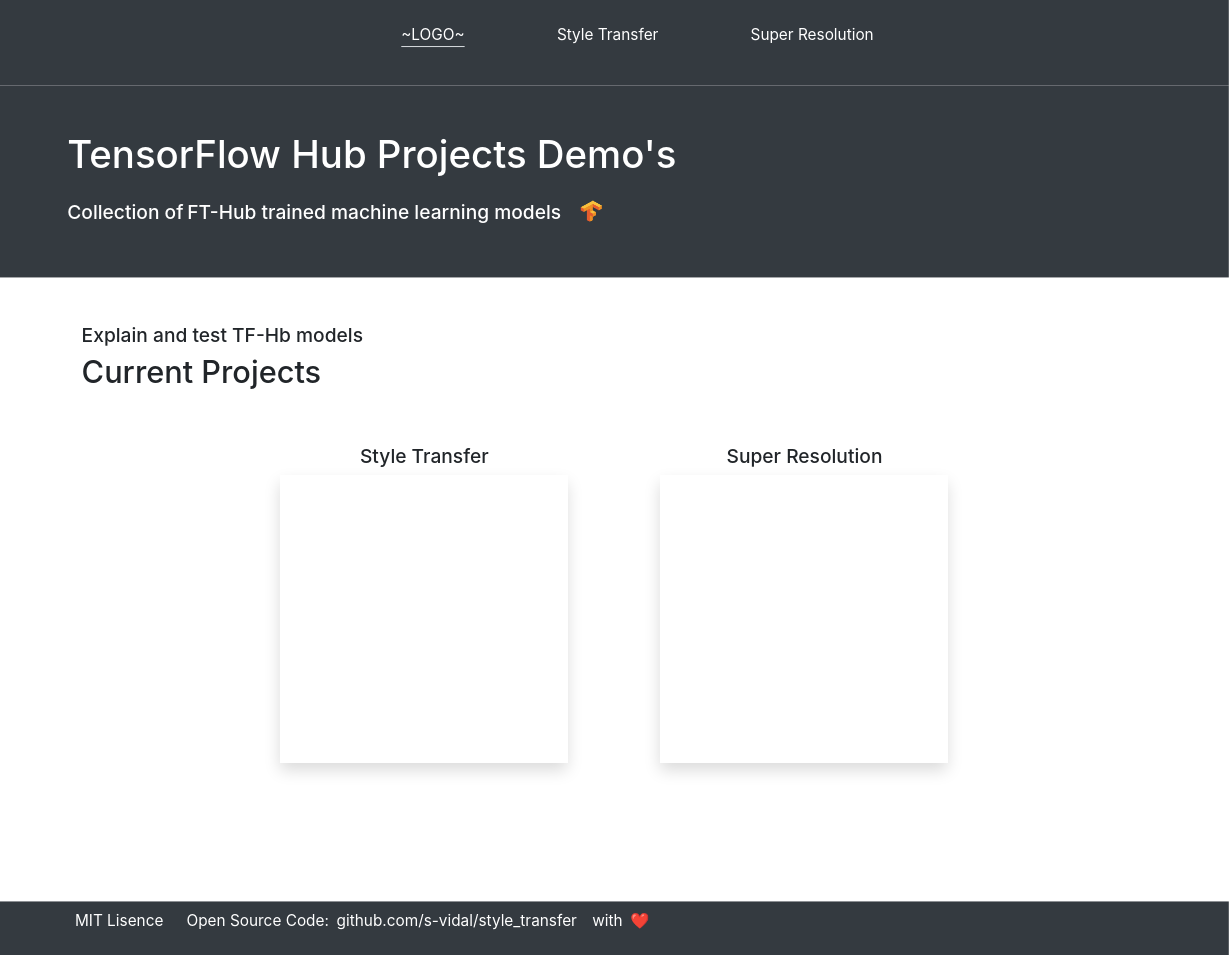
Repository: s-vidal/style_transfer
Page: / (app in client/)
The author's editor kept a copy of each file at every save. The page is drawn from the files as they stood at one save, then again after the next save.
The browser window is 1280 px wide. The pictures show the whole page, at 96% of full size.
The page's requests for data from a server got no answer. The project was rebuilt for these pictures with package versions that can differ from the ones it lists, and the page was loaded fresh each time. A package was used in the major version that the imports need, not the one package.json lists. No one was signed in, and anything a server would have sent is missing. Also part of the build but not shown: client/src/components/DropZone.jsx, client/src/lib/api.js, client/src/components/Inference.jsx, client/src/components/Header.jsx, client/src/pages/StyleTransfer.jsx, client/src/pages/SuperResolution.jsx.

Above is the page before, as saved 2020-09-30 15:01:40.

### client/public/index.html
<!DOCTYPE html>
<html lang="en">
  <head>
    <meta charset="utf-8" />
    <link rel="icon" href="%PUBLIC_URL%/favicon.ico" />
    <meta name="viewport" content="width=device-width, initial-scale=1" />
    <meta name="theme-color" content="#000000" />
    <meta
      name="description"
      content="Web site created using create-react-app"
    />
    <link rel="apple-touch-icon" href="%PUBLIC_URL%/logo192.png" />
    <!--
      manifest.json provides metadata used when your web app is installed on a
      user's mobile device or desktop. See https://developers.google.com/web/fundamentals/web-app-manifest/
    -->
    <link rel="manifest" href="%PUBLIC_URL%/manifest.json" />
    <!--
      Notice the use of %PUBLIC_URL% in the tags above.
      It will be replaced with the URL of the `public` folder during the build.
      Only files inside the `public` folder can be referenced from the HTML.

      Unlike "/favicon.ico" or "favicon.ico", "%PUBLIC_URL%/favicon.ico" will
      work correctly both with client-side routing and a non-root public URL.
      Learn how to configure a non-root public URL by running `npm run build`.
    -->
    <!-- CSS only -->
    <link
      rel="stylesheet"
      href="https://stackpath.bootstrapcdn.com/bootstrap/4.5.2/css/bootstrap.min.css"
      integrity="sha384-JcKb8q3iqJ61gNV9KGb8thSsNjpSL0n8PARn9HuZOnIxN0hoP+VmmDGMN5t9UJ0Z"
      crossorigin="anonymous"
    />
    <title>React App</title>
  </head>
  <body>
    <noscript>You need to enable JavaScript to run this app.</noscript>
    <div id="root"></div>
    <!--
      This HTML file is a template.
      If you open it directly in the browser, you will see an empty page.

      You can add webfonts, meta tags, or analytics to this file.
      The build step will place the bundled scripts into the <body> tag.

      To begin the development, run `npm start` or `yarn start`.
      To create a production bundle, use `npm run build` or `yarn build`.
    -->
    <!-- JS, Popper.js, and jQuery -->
    <script
      src="https://code.jquery.com/jquery-3.5.1.slim.min.js"
      integrity="sha384-DfXdz2htPH0lsSSs5nCTpuj/zy4C+OGpamoFVy38MVBnE+IbbVYUew+OrCXaRkfj"
      crossorigin="anonymous"
    ></script>
    <script
      src="https://cdn.jsdelivr.net/npm/popper.js@1.16.1/dist/umd/popper.min.js"
      integrity="sha384-9/reFTGAW83EW2RDu2S0VKaIzap3H66lZH81PoYlFhbGU+6BZp6G7niu735Sk7lN"
      crossorigin="anonymous"
    ></script>
    <script
      src="https://stackpath.bootstrapcdn.com/bootstrap/4.5.2/js/bootstrap.min.js"
      integrity="sha384-B4gt1jrGC7Jh4AgTPSdUtOBvfO8shuf57BaghqFfPlYxofvL8/KUEfYiJOMMV+rV"
      crossorigin="anonymous"
    ></script>
  </body>
</html>

### client/src/App.js
import React from "react";
import {BrowserRouter as Router, Switch, Route} from "react-router-dom";
import "./App.css";
import StyleTransfer from "./pages/StyleTransfer";
import SuperResolution from "./pages/SuperResolution";
import Footer from "./components/Footer";
import NavBar from "./components/NavBar";
import HomePage from "./pages/HomePage";

function App() {
  return (
    <div>
      <Router>
        <NavBar />
        <Switch>
          <Route path="/super-resolution">
            <SuperResolution />
          </Route>
          <Route path="/style-transfer">
            <StyleTransfer />
          </Route>
          <Route path="/">
            <HomePage />
          </Route>
        </Switch>
        <Footer />
      </Router>
    </div>
  );
}

export default App;

### client/src/App.css
.vh-59 {
  min-height: 58.6vh;
}

.italic {
  font-style: italic;
}

### client/src/components/Footer.jsx
import React from "react";

const Footer = () => {
  return (
    <div className="text-white bg-dark">
      <div className="container mt-5">
        <div className="row p-2 mt-4">
          <p className="mr-4">MIT Lisence</p>
          <p>Open Source Code:</p>
          <a
            className="ml-2 text-white"
            href="https://github.com/s-vidal/style_transfer"
          >
            <span>github.com/s-vidal/style_transfer</span>
          </a>
          <p className="ml-3 mr-1"> with </p>
          <span role="img" aria-label="emoji" className="ml-1">
            ❤️
          </span>
        </div>
      </div>
    </div>
  );
};

export default Footer;

### client/src/components/NavBar.jsx
import React, {useState, useEffect} from "react";
import {Link, useLocation} from "react-router-dom";
import "./NavBar.css";

const NavBar = () => {
  const [currentPage, setCurrentPage] = useState("");
  const location = useLocation();

  useEffect(() => {
    const currentPath = location.pathname;
    setCurrentPage(currentPath.substring(1));
  }, [location]);

  return (
    <nav className="navbar navbar-expand-lg d-flex justify-content-center bg-dark pt-3 pb-3">
      <ul className="navbar-nav">
        <li className="nav-item">
          <Link className="nav-link pl-5 pr-5" to={"/"}>
            <div className="ml-5 ">
              <p
                className={
                  currentPage === ""
                    ? "text-white nav-text active border-bottom"
                    : "text-white nav-text"
                }
              >
                ~LOGO~
              </p>
            </div>
          </Link>
        </li>
        <li className="nav-item">
          <Link
            className="nav-link pl-5 pr-5 text-white"
            to={"/style-transfer"}
          >
            <p
              className={
                currentPage === "style-transfer"
                  ? "text-white nav-text active border-bottom"
                  : "text-white nav-text"
              }
            >
              Style Transfer
            </p>
          </Link>
        </li>
        <li className="nav-item active">
          <Link
            className="nav-link pl-5 pr-5 text-white"
            to={"/super-resolution"}
          >
            <p
              className={
                currentPage === "super-resolution"
                  ? "text-white nav-text active border-bottom"
                  : "text-white nav-text"
              }
            >
              Super Resolution
            </p>
          </Link>
        </li>
      </ul>
    </nav>
  );
};

export default NavBar;

### client/src/pages/HomePage.jsx
import React from "react";
import "../components/HomePage.css";

const HomePage = () => {
  return (
    <>
      <div className="bg-dark text-white p-4 pt-5 pb-5">
        <div className="container">
          <div className="row">
            <h1>TensorFlow Hub Projects Demo's</h1>
          </div>
          <div className="row mt-3">
            <h5>Collection of</h5>
            <a
              href="https://tfhub.dev/google/magenta/arbitrary-image-stylization-v1-256/2"
              className="pl-1 pr-1 text-white"
            >
              <h5>FT-Hub trained machine learning models</h5>
            </a>
            <img
              className="ml-3"
              src={require("../img/tf_logo.png")}
              alt="tf"
              width="22"
              height="22"
            ></img>
          </div>
        </div>
      </div>
      <div className="vh-59 p-5 pb-0">
        <div className="container">
          <h5>Explain and test TF-Hb models</h5>
          <div>
            <h2 className="mt-2">Current Projects</h2>
          </div>
          <div className="row d-flex justify-content-center">
            <div className="m-5">
              <h5 className="text-center">Style Transfer</h5>
              <div className="home-item shadow"></div>
            </div>
            <div className="m-5">
              <h5 className="text-center"> Super Resolution</h5>
              <div className="home-item shadow"></div>
            </div>
          </div>
        </div>
      </div>
    </>
  );
};

export default HomePage;

### client/src/components/NavBar.css
.nav-text:hover {
  border-bottom: 1px solid white;
  transition-duration: 0.5s ease-in-out;
}

### client/src/components/HomePage.css
.home-item {
  min-width: 300px;
  min-height: 300px;
}
.home-item:hover {
  cursor: pointer;
  transform: translate(3px, 3px);
  transition-duration: 0.5s ease-in-out;
}

Loaded but not shown: client/src/index.js (common file); client/src/index.css (common file); client/src/serviceWorker.js (common file)

After the next save:
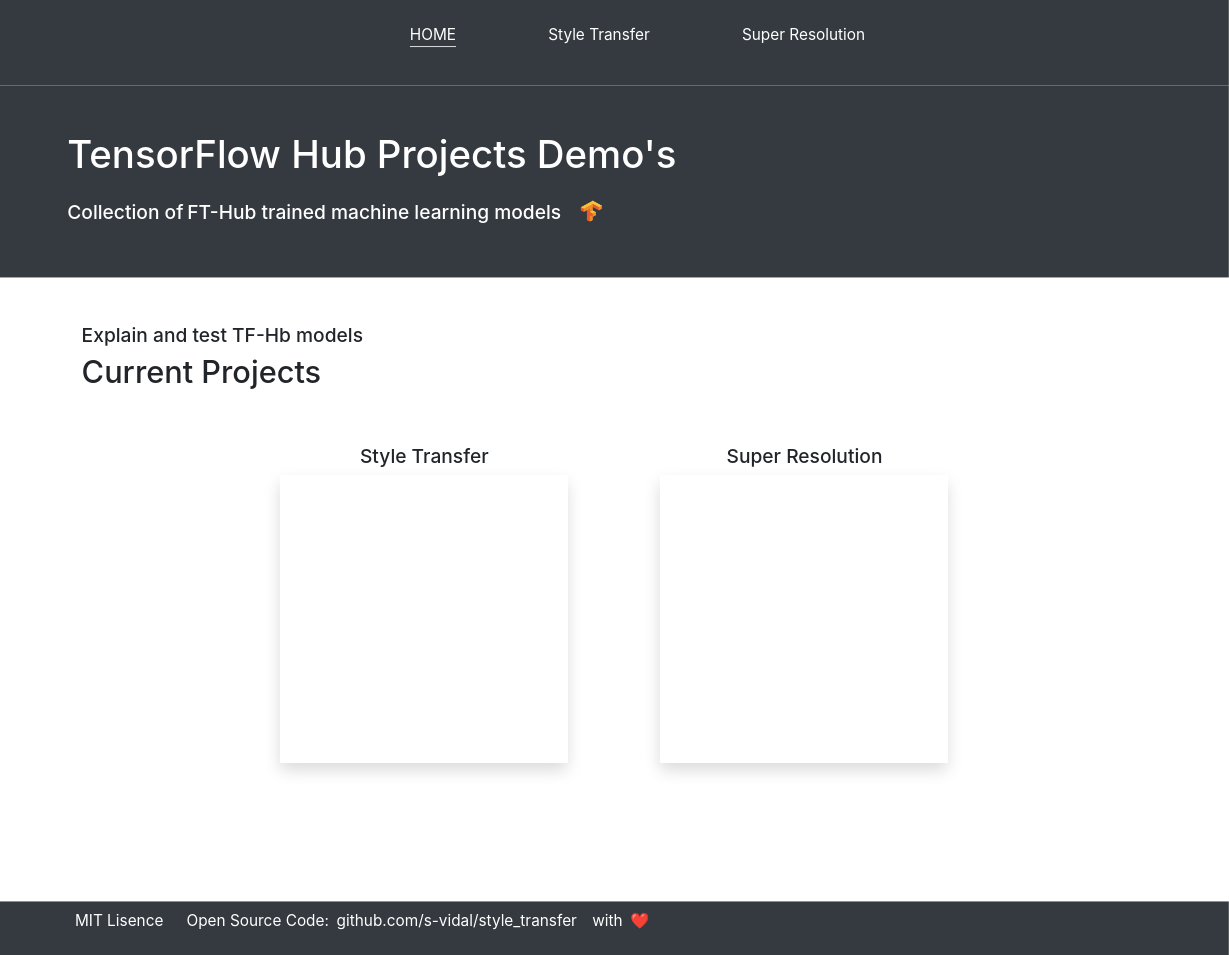
Saved 77 min 1 s later.
--- a/client/src/components/NavBar.jsx
+++ b/client/src/components/NavBar.jsx
@@ -24,7 +24,7 @@
                     : "text-white nav-text"
                 }
               >
-                ~LOGO~
+                HOME
               </p>
             </div>
           </Link>
